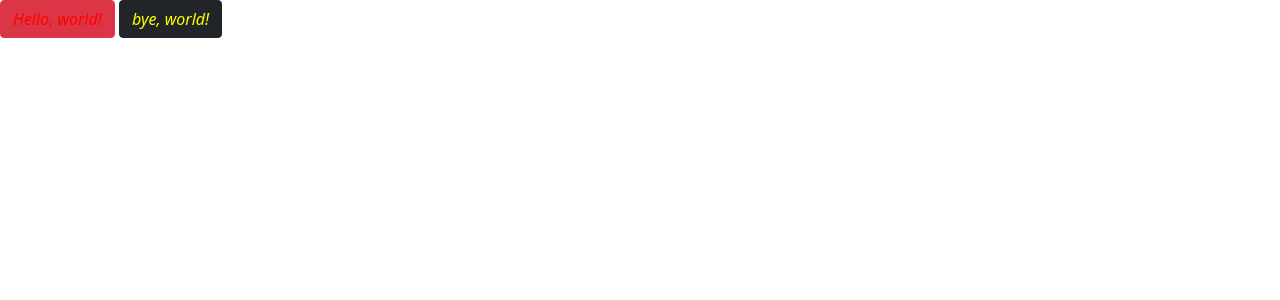
Repository: jaunnnngs/HackaTone
Page: http://localhost/StunProjects/
An editor plug-in stored every save of this project. The page is shown before and after the next save, followed by the edit.
The browser window is 1280 px wide. The pictures show the whole page.
The page is served by Tomcat 9. Other server files are loaded and not shown.

Above is the page before, as saved 2021-07-20 01:35:43.

### STUN_TEAM/StunProjects/src/main/webapp/index.jsp
<%@ page language="java" contentType="text/html; charset=UTF-8"
    pageEncoding="UTF-8"%>
<!doctype html>
<html lang="en">
  <head>
    <!-- Required meta tags -->
    <meta charset="utf-8">
    <meta name="viewport" content="width=device-width, initial-scale=1">

    <!-- Bootstrap CSS -->
    <link href="https://cdn.jsdelivr.net/npm/bootstrap@5.0.2/dist/css/bootstrap.min.css" rel="stylesheet" integrity="sha384-EVSTQN3/azprG1Anm3QDgpJLIm9Nao0Yz1ztcQTwFspd3yD65VohhpuuCOmLASjC" crossorigin="anonymous">

    <title>Hello, world!</title>

    <style>
    #hello
    {
    	color:red;
    }
    #bye
    {
    	color:yellow;
    }
    .btn
    {
    	font-style : italic
    }


    </style>
  </head>
  <body>
    <h1 id="hello" class = "btn btn-danger">Hello, world!</h1>
    <h1 id="bye" class = "btn btn-dark">bye, world!</h1>

    <!-- Optional JavaScript; choose one of the two! -->

    <!-- Option 1: Bootstrap Bundle with Popper -->
    <script src="https://cdn.jsdelivr.net/npm/bootstrap@5.0.2/dist/js/bootstrap.bundle.min.js" integrity="sha384-MrcW6ZMFYlzcLA8Nl+NtUVF0sA7MsXsP1UyJoMp4YLEuNSfAP+JcXn/tWtIaxVXM" crossorigin="anonymous"></script>

    <!-- Option 2: Separate Popper and Bootstrap JS -->
    <!--
    <script src="https://cdn.jsdelivr.net/npm/@popperjs/core@2.9.2/dist/umd/popper.min.js" integrity="sha384-IQsoLXl5PILFhosVNubq5LC7Qb9DXgDA9i+tQ8Zj3iwWAwPtgFTxbJ8NT4GN1R8p" crossorigin="anonymous"></script>
    <script src="https://cdn.jsdelivr.net/npm/bootstrap@5.0.2/dist/js/bootstrap.min.js" integrity="sha384-cVKIPhGWiC2Al4u+LWgxfKTRIcfu0JTxR+EQDz/bgldoEyl4H0zUF0QKbrJ0EcQF" crossorigin="anonymous"></script>
    -->
  </body>
</html>

After the next save:
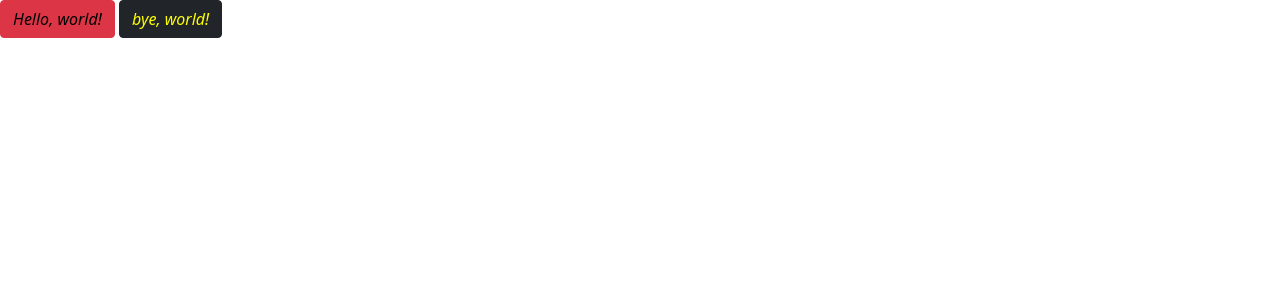
Saved 14 s later.
--- a/STUN_TEAM/StunProjects/src/main/webapp/index.jsp
+++ b/STUN_TEAM/StunProjects/src/main/webapp/index.jsp
@@ -15,7 +15,7 @@
     <style>
     #hello
     {
-    	color:red;
+    	color:black;
     }
     #bye
     {
